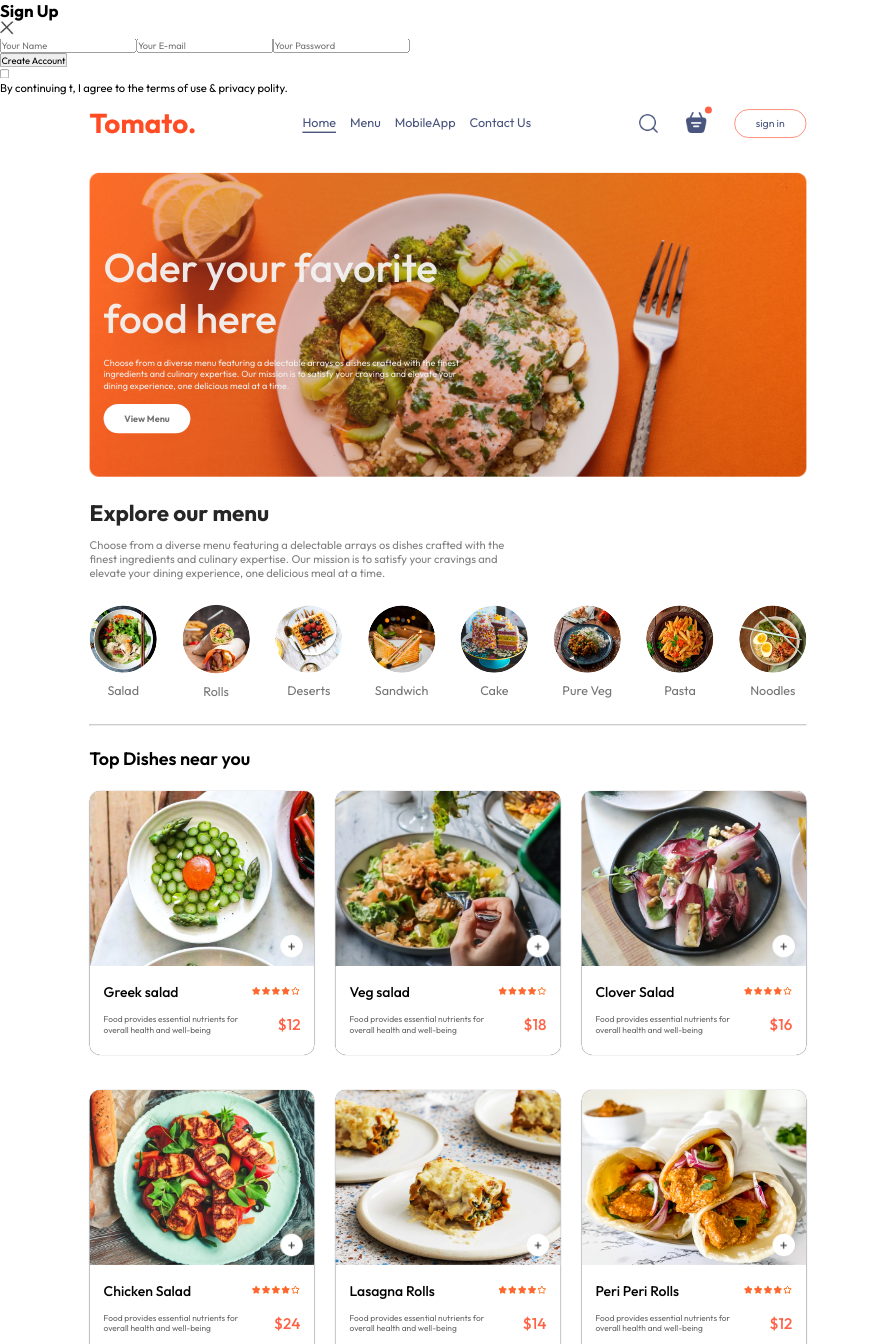
Repository: guilhermecardoso93/tomato-front-end
Page: /, after clicking the first element matching `button`
An editor plug-in stored every save of this project. The page is shown before and after the next save, followed by the edit.
The browser window is 1280 px wide. The pictures show the part of the page from y = 0 to 1920 px (the page is 6546 px tall before and 6566 px after), at 70% of full size.
The project was rebuilt for these pictures with package versions that can differ from the ones it lists, and the page was loaded fresh each time. Also part of the build but not shown: vite.config.js, src/pages/Cart/styles.css, src/pages/Cart/index.jsx, src/pages/PlaceOrder/styles.css, src/pages/PlaceOrder/index.jsx.

Above is the page before, as saved 2024-10-31 20:06:07.

### index.html
<!doctype html>
<html lang="en">

<head>
    <meta charset="UTF-8" />
    <link rel="icon" type="image/svg+xml" href="" />
    <link rel="preconnect" href="https://fonts.googleapis.com">
    <link rel="preconnect" href="https://fonts.gstatic.com" crossorigin>
    <link href="https://fonts.googleapis.com/css2?family=Inter:ital,opsz,wght@0,14..32,100..900;1,14..32,100..900&family=Outfit:wght@100..900&display=swap" rel="stylesheet">
    <meta name="viewport" content="width=device-width, initial-scale=1.0" />
    <title>Tomato</title>
</head>

<body>
    <div id="root"></div>
    <script type="module" src="/src/main.jsx"></script>
</body>

</html>

### src/main.jsx
import { StrictMode } from "react";
import { createRoot } from "react-dom/client";
import "./index.css";
import { App } from "./App.jsx";
import { BrowserRouter } from "react-router-dom";
import StoreContextProvider from "./context/StoreContext.jsx";

createRoot(document.getElementById("root")).render(
  <BrowserRouter>
    <StoreContextProvider>
      <App />
    </StoreContextProvider>
  </BrowserRouter>
);

### src/index.css
* {
  padding: 0;
  margin: 0;
  box-sizing: 0;
  font-family: Outfit;
  scroll-behavior: smooth;
}

body {
  min-height: 100vh;
}

a {
  text-decoration: none;
  color: inherit;
}

.app {
  width: 80%;
  margin: auto;
}

@keyframes fadeIn {
  0% {
    opacity: 0;
  }

  100% {
    opacity: 1;
  }
}

### src/App.jsx
import { useState } from "react";
import { Routes, Route } from "react-router-dom";
import { Navbar } from "./components/Navbar";

import { Home } from "./pages/Home";
import { Cart } from "./pages/Cart";
import { PlaceOrder } from "./pages/PlaceOrder";
import { Footer } from "./components/Footer";
import { Login } from "./components/Login";

export function App() {
  const [login, setLogin] = useState(false);
  return (
    <>
      {login ? <Login setLogin={setLogin} /> : <></>}
      <div className="app">
        <Navbar setLogin={setLogin} login={login} />
        <Routes>
          <Route path="/" element={<Home />} />
          <Route path="/cart" element={<Cart />} />
          <Route path="/order" element={<PlaceOrder />} />
        </Routes>
      </div>
      <Footer />
    </>
  );
}

### src/context/StoreContext.jsx
import { createContext, useEffect, useState } from "react";
import { food_list } from "../assets/assets";

export const StoreContext = createContext(null);

const StoreContextProvider = (props) => {
  const [cartItems, setCartItems] = useState({});

  const addCart = (itemId) => {
    if (!cartItems[itemId]) {
      setCartItems((prev) => ({ ...prev, [itemId]: 1 }));
    } else {
      setCartItems((prev) => ({ ...prev, [itemId]: prev[itemId] + 1 }));
    }
  };

  const removeFromCart = (itemId) => {
    setCartItems((prev) => ({ ...prev, [itemId]: prev[itemId] - 1 }));
  };

  const contextValue = {
    food_list,
    cartItems,
    setCartItems,
    addCart,
    removeFromCart,
  };

  useEffect(() => {
    console.log(cartItems);
  }, [cartItems]);

  return (
    <StoreContext.Provider value={contextValue}>
      {props.children}
    </StoreContext.Provider>
  );
};

export default StoreContextProvider;

### src/components/Navbar/index.jsx
import { useState } from "react";
import { assets } from "../../assets/assets";
import "./styles.css";
import { Link } from "react-router-dom";

export const Navbar = ({ login, setLogin }) => {
  const [menu, setMenu] = useState("Home");

  return (
    <div className="navbar">
      <img src={assets.logo} alt="Logo" className="logo" />
      <ul className="navbar-menu">
        <Link
          to="/"
          onClick={() => setMenu("Home")}
          className={menu === "Home" ? "active" : ""}
        >
          Home
        </Link>
        <a
          href="#explore-menu"
          onClick={() => setMenu("Menu")}
          className={menu === "Menu" ? "active" : ""}
        >
          Menu
        </a>
        <a
          href="#app-download"
          onClick={() => setMenu("MobileApp")}
          className={menu === "MobileApp" ? "active" : ""}
        >
          MobileApp
        </a>
        <a
          href="#footer"
          onClick={() => setMenu("Contact Us")}
          className={menu === "Contact Us" ? "active" : ""}
        >
          Contact Us
        </a>
      </ul>
      <div className="navbar-right">
        <img src={assets.search_icon} alt="" />
        <div className="navbar-search-icon">
          <img src={assets.basket_icon} alt="" />
          <div className="dot"></div>
        </div>
        <button onClick={() => setLogin(true)}>sign in</button>
      </div>
    </div>
  );
};

### src/pages/Home/index.jsx
import { useState } from "react";
import { ExplorerMenu } from "../../components/ExplorerMenu";
import { Header } from "../../components/Header";
import "./styles.css";
import { FoodDisplay } from "../../components/FoodDisplay/Index";
import { AppDownload } from "../../components/AppDownload";

export const Home = () => {
  const [category, setCategory] = useState("All");

  return (
    <div>
      <Header />
      <ExplorerMenu category={category} setCategory={setCategory} />
      <FoodDisplay category={category} />
      <AppDownload />
    </div>
  );
};

### src/components/Footer/index.jsx
import { assets } from "../../assets/assets";
import "./styles.css";

export const Footer = () => {
  return (
    <footer className="footer" id="footer">
      <div className="footer-content">
        <div className="footer-content-left">
          <img className="tomatologofooter" src={assets.logo} alt="" />
          <p>This website is just for my portfolio, it's not a real website.</p>
          <div className="footer-social-icons">
            <img src={assets.facebook_icon} alt="" />
            <img src={assets.twitter_icon} alt="" />
            <img src={assets.linkedin_icon} alt="" />
          </div>
        </div>
        <div className="footer-content-center">
          <h2>COMPANY</h2>
          <ul>
            <li>Home</li>
            <li>About us</li>
            <li>Delivery</li>
            <li>Privacy Policy</li>
          </ul>
        </div>
        <div className="footer-content-right">
          <h2>GET IN TOUCH</h2>
          <ul>
            <li>+1-212-456-7890</li>
            <li>contact@tomato.com</li>
          </ul>
        </div>
      </div>
      <hr />
      <p className="footer-copyright">
        Copyright 2024 © Tomato.com - All rights reserved.
      </p>
    </footer>
  );
};

### src/components/Login/index.jsx
import { useState } from "react";
import { assets } from "../../assets/assets";

export const Login = ({ setLogin }) => {
  const [currentState, setCurrentState] = useState("Sign Up");

  return (
    <div className="login-popup">
      <form action="" className="login-popup-container">
        <div className="login-popup-title">
          <h2>{currentState}</h2>
          <img src={assets.cross_icon} alt="" onClick={() => setLogin(false)} />
        </div>
        <div className="login-popup-input">
          {currentState === "Login" ? (
            <></>
          ) : (
            <input type="text" required placeholder="Your Name" />
          )}
          <input type="email" required placeholder="Your E-mail" />
          <input type="password" required placeholder="Your Password" />
        </div>
        <button>
          {currentState === "Sign Up" ? "Create Account" : "Login"}
        </button>
        <div className="login-popup--condition">
          <input type='checkbox' required />
          <p>By continuing t, I agree to the terms of use & privacy polity.</p>
        </div>
      </form>
    </div>
  );
};

### src/components/Navbar/styles.css
.navbar {
  padding: 20px 0px;
  display: flex;
  justify-content: space-between;
  align-items: center;
}

.navbar .logo {
  width: 150px;
}

.navbar-menu {
  display: flex;
  list-style: none;
  gap: 20px;
  color: #49557e;
  font-size: 18px;
}

.navbar li {
  cursor: pointer
}

.navbar-right {
  display: flex;
  align-items: center;
  gap: 40px;
}

.navbar button {
  background: transparent;
  font-size: 15px;
  color: #49557e;
  border: 1px solid tomato;
  padding: 10px 30px;
  border-radius: 50px;
  cursor: pointer;
  transition: 0.3s;
}

.navbar button:hover {
  background: #fff4f2;
}

.navbar .active {
  padding-bottom: 2px;
  border-bottom: 2px solid #49557c;
}

.navbar-search-icon {
  position: relative;
}

.navbar-search-icon .dot {
  position: absolute;
  min-width: 10px;
  min-height: 10px;
  background-color: tomato;
  border-radius: 5px;
  top: -8px;
  right: -8px;
}

@media (max-width:1050px) {
  .navbar .logo {
    width: 140px;
  }

  .navbar-menu {
    gap: 20px;
    font-size: 17px;
  }

  .navbar-right {
    gap: 30px;
  }

  .navbar-right img {
    width: 22px;
  }

  .navbar-right button {
    padding: 8px 25px;
  }
}

@media (max-width:900px) {
  .navbar .logo {
    width: 120px;
  }

  .navbar-menu {
    gap: 15px;
    font-size: 16px;
  }

  .navbar-right {
    gap: 20px;
  }

  .navbar-right img {
    width: 20px;
  }

  .navbar-right button {
    padding: 7px 20px;
    font-size: 15px;
  }
}

@media (max-width:750px) {
  .navbar-menu {
    display: none;
  }
}

/*
.navbar-profile {
  position: relative;
}

.nav-profile-dropdown {
  position: absolute;
  display: none;
  right: 0;
  z-index: 1;
}

.navbar-profile:hover .nav-profile-dropdown {
  display: flex;
  flex-direction: column;
  gap: 10px;
  background-color: #fff2ef;
  padding: 12px 25px;
  border-radius: 4px;
  border: 1px solid tomato;
  outline: 2px solid white;
  list-style: none;
}


:root .navbar-profile:hover .nav-profile-dropdown {
  color: white;
  background-color: var(--body-color);
  border: 1px solid tomato;
  outline: 2px solid white;
}

.lightcolors .navbar-profile:hover .nav-profile-dropdown {
  color: black;
  background-color: #fff2ef;
  border: 1px solid tomato;
  outline: 2px solid white;
}

.nav-profile-dropdown li {
  display: flex;
  align-items: center;
  gap: 10px;
  cursor: pointer;
}

.nav-profile-dropdown img {
  width: 20px;
}

.nav-profile-dropdown li:hover {
  color: tomato;
}

#visual-toggle-button {
  width: 37px;
  height: 37px;
  display: flex;
  align-items: center;
  justify-content: center;
  position: relative;
  border: 1px solid var(--border-color);
  border-radius: 5px;
  cursor: pointer;
}

#visual-toggle {
  appearance: none;
  display: none;
}

.svgIcon-toggle {
  width: 25px;
}

.moon-svg {
  width: 13px;
  position: absolute;
  transition: all .3s;
}

.sun-svg {
  opacity: 0;
  transition: all .3s;
}

.lightmode .sun-svg {
  filter: brightness(0);
  transform: rotate(180deg);
  opacity: 1;
}

.lightmode .moon-svg {
  opacity: 0;
}

.animate .moon-svg {
  transform: rotate(360deg);
  transition: all .3s;
}


:root {
  --input-color: black;
--background-root: black;
--border-root: 2px solid white;
--padding-root: 10px;
--upload: brightness(1) invert(1);
--logos-filter: brightness(0) invert(1);
--sidebar: black;
--border-color: #27272a;
--nav-color-one: #0d0d179a;
--nav-color-two: #0d0618;
--body-color: #121212;
--dark-text: #101010;
--light-text: #ffffff;
--light-text-secondary: #b9b9b9;
--light-text-desc: #d8d8d8;
}

.lightcolors {
  --sidebar: #fff0ed;
  --body-color: #FFFFFF;
  --dark-text: #fff;
  --light-text: #101010;
  --nav-color-two: #f6f6f2;
  --nav-color-one: #f1f1f17e;
  --border-color: #ddd;
  --light-text-secondary: #464853;
  --light-text-desc: #020202;
  --cards-text-color: #fff;
}

:root .logo {
  filter: var(--logos-filter);
}

.lightcolors .logo {
  filter: none;
}

:root .navbar-menu .active {
  border-bottom: 2px solid white;
}

.lightcolors .navbar-menu .active {
  border-bottom: 2px solid #49557e;
}


:root .navbar-menu {
  color: white;
}

.lightcolors .navbar-menu {
  color: #49557e;
}

:root .basketlogo {
  filter: var(--logos-filter);
}

.lightcolors .basketlogo {
  filter: none;
}

:root img.white-filter {
  filter: var(--logos-filter);
}

.lightcolors img.white-filter {
  filter: none;
}

:root .signbutton {
  color: white
}

:root .signbutton:hover {
  color: black;
}



.lightcolors .signbutton {
  color: #49557e;
}



 */

### src/components/ExplorerMenu/index.jsx
import { menu_list } from "../../assets/assets";

import "./styles.css";

export const ExplorerMenu = ({ category, setCategory }) => {
  return (
    <div className="explorer-menu" id="explore-menu">
      <h1>Explore our menu</h1>
      <p className="explore-menu-text">
        Choose from a diverse menu featuring a delectable arrays os dishes
        crafted with the finest ingredients and culinary expertise. Our mission
        is to satisfy your cravings and elevate your dining experience, one
        delicious meal at a time.
      </p>
      <div className="explore-menu-list">
        {menu_list.map((item, index) => {
          return (
            <div
              className="explore-menu-list-item"
              key={index}
              onClick={() =>
                setCategory((prev) =>
                  prev === item.menu_name ? "All" : item.menu_name
                )
              }
            >
              <img
                src={item.menu_image}
                alt=""
                className={category === item.menu_name ? "active" : ""}
              />
              <p className={category === item.menu_name ? "active-text" : ""}>
                {item.menu_name}
              </p>
            </div>
          );
        })}
      </div>
      <hr />
    </div>
  );
};

### src/components/Header/index.jsx
import "./styles.css";

export const Header = () => {
  return (
    <div className="header">
      <div className="header-container">
        <h2>Oder your favorite food here</h2>
        <p>
          Choose from a diverse menu featuring a delectable arrays os dishes
          crafted with the finest ingredients and culinary expertise. Our
          mission is to satisfy your cravings and elevate your dining
          experience, one delicious meal at a time.
        </p>
        <button> View Menu</button>
      </div>
    </div>
  );
};

### src/components/FoodDisplay/Index.jsx
import { useContext } from "react";
import { StoreContext } from "../../context/StoreContext";
import { FoodItem } from "../FoodItem";

import "./styles.css";

export const FoodDisplay = ({ category }) => {
  const { food_list } = useContext(StoreContext);

  return (
    <div className="food-display" id="food-display">
      <h2>Top Dishes near you</h2>
      <div className="food-display-list">
        {food_list.map((item, index) => {
          if (category === "All" || category === item.category) {
            return (
              <FoodItem
                key={index}
                id={item._id}
                name={item.name}
                description={item.description}
                price={item.price}
                image={item.image}
              />
            );
          }
        })}
      </div>
    </div>
  );
};

### src/components/AppDownload/index.jsx
import { assets } from "../../assets/assets";

import "./styles.css";

export const AppDownload = () => {
  return (
    <div className="app-download" id="app-download">
      <p>
        For Better Experience Download <br /> TomatoApp
      </p>
      <div className="app-download-platforms">
        <img src={assets.play_store} alt="" />
        <img src={assets.app_store} alt="" />
      </div>
    </div>
  );
};

### src/components/Footer/styles.css
.footer {
    color: #d9d9d9;
    background-color: #323232;
    display: flex;
    flex-direction: column;
    align-items: center;
    gap: 20px;
    padding: 20px 8vw;
    padding-top: 80px;
    margin-top: 100px;
}

.footer-content {
    width: 100%;
    display: grid;
    grid-template-columns: 2fr 1fr 1fr;
    gap: 80px;
}

.footer-content-left,
.footer-content-right,
.footer-content-center {
    display: flex;
    flex-direction: column;
    align-items: start;
    gap: 20px;
}

.footer-content-left li,
.footer-content-right li,
.footer-content-center li {
    list-style: none;
    margin-bottom: 10px;
    cursor: pointer;
}

.footer-content-right h2,
.footer-content-center h2 {
    color: white;
}

.footer-social-icons img {
    cursor: pointer;
    width: 40px;
    margin-right: 15px;
}

.footer hr {
    width: 100%;
    height: 2px;
    margin: 20px 0;
    background-color: grey;
    border: none;
}

:root .footer {
    background-color: #252323;
}

.lightcolors .footer {
    background-color: #323232;
}

:root .tomatologofooter {
    filter: var(--logos-filter);
}

.lightcolors .tomatologofooter {
    filter: none;
}

@media (max-width:750px) {
    .footer-content {
        display: flex;
        flex-direction: column;
        gap: 35px;
    }
    .footer-copyright {
        text-align: center;
    }
}

### src/components/ExplorerMenu/styles.css
.explorer-menu {
  display: flex;
  flex-direction: column;
  gap: 1rem;
}

.explorer-menu h1 {
  color: #262626;
  font-size: 500;
}

.explore-menu-text {
  max-width: 60%;
  color: #808080;
}

.explore-menu-list {
  display: flex;
  justify-content: space-between;
  align-items: center;
  gap: 30px;
  text-align: center;
  margin: 20px 0px;
  overflow-x: scroll;
}

.explore-menu-list::-webkit-scrollbar{
  display: none;
}


.explore-menu-list img {
  width: 7.5vw;
  min-width: 80px;
  cursor: pointer;
  border-radius: 50%;
  transition: 0.2s;
}

.explore-menu-list p {
  margin-top: 10px;
  color: #747474;
  font-size: max(1.4vw, 16px);
  cursor: pointer;
}

.explore-menu hr {
  margin: 10px 0px;
  height: 2px;
  background: #e2e2e2;
  border: none;
}

.explore-menu-list .active {
  border: 4px solid tomato;
  padding: 2px;
}

.explore-menu-list .active-text {
  color: tomato;
}

@media (max-width:1050px) {
  .explore-menu-text {
    max-width: 100%;
    font-size: 14px;
  }
}

### src/components/Header/styles.css
.header {
  height: 34vw;
  margin: 30px auto;
  background: url('../../assets/header_img.png') no-repeat;
  background-size: contain;
  position: relative;
}

.header-container {
  position: absolute;
  display: flex;
  flex-direction: column;
  align-items: start;
  padding: 20px;
  gap: 1.5vw;
  max-width: 52%;
  bottom: 10%;
  animation: fadeIn 3s;
}

.header-container h2 {
  font-weight: 500;
  color: #f2f2f2f2;
  font-size: max(4.5vw, 22px);
}

.header-container p {
  color: #f2f2f2f2;
  font-size: 1vw;
}

.header-container button {
  border: none;
  color: #747474;
  font-weight: 700;
  padding: 1vw 2.3vw;
  background: white;
  font-size: max(1vw, 13px);
  border-radius: 50px;
}

@media (max-width:1050px) {
  .header-container {
    max-width: 45%;
  }
}

@media (max-width:750px) {
  .header-container {
    max-width: 65%;
  }

  .header-container p {
    display: none;
  }

  .header-container button {
    padding: 2vw 4vw
  }
}

### src/components/FoodItem/index.jsx
import { useContext } from "react";
import { assets } from "../../assets/assets";
import "./styles.css";
import { StoreContext } from "../../context/StoreContext";

export const FoodItem = ({ id, name, price, description, image }) => {
  const { removeFromCart, addCart, cartItems } = useContext(StoreContext);

  return (
    <div className="food-item" id={id}>
      <div className="food-item-image-container">
        <img src={image} alt={name} className="food-item-image" />
        {!cartItems[id] ? (
          <img
            src={assets.add_icon_white}
            alt="Adicionar ao carrinho"
            className="add"
            onClick={() => addCart(id)}
          />
        ) : (
          <div className="food-item-counter">
            <img
              src={assets.remove_icon_red}
              alt="Remover do carrinho"
              onClick={() => removeFromCart(id)}
            />
            <p>{cartItems[id]}</p>
            <img
              src={assets.add_icon_green}
              alt="Adicionar ao carrinho"
              onClick={() => addCart(id)}
            />
          </div>
        )}
      </div>
      <div className="food-item-info">
        <div className="food-item-name-rating">
          <p>{name}</p>
          <img src={assets.rating_starts} alt="Rating" />
        </div>
        <div className="food-item-prices">
          <p className="food-item-description">{description}</p>
          <p className="food-item-price">${price}</p>
        </div>
      </div>
    </div>
  );
};

### src/components/FoodDisplay/styles.css
.food-display {
  margin-top: 30px;
}

.food-display h2 {
  font-size: max(2vw, 24px);
  font-weight: 600;
}


.food-display-list {
  display: grid;
  grid-template-columns: repeat(auto-fill, minmax(240px, 1fr));
  margin-top: 30px;
  gap: 30px;
  row-gap: 50px;
}

### src/components/AppDownload/styles.css
.app-download {
  margin: auto auto;
  margin-top: 100px;
  font-size: max(3vw, 20px);
  text-align: center;
  font-weight: 500;
}

.app-download-platforms {
  display: flex;
  justify-content: center;
  gap: max(3vw, 20px);
  margin-top: 40px;
}

.app-download-platforms img {
  width: max(30vw, 120px);
  max-width: 180px;
  transition: 0.5s;
  cursor: pointer;
}

.app-download-platforms img:hover {
  transform: scale(1.05);
}

### src/components/FoodItem/styles.css
.food-item {
  width: 100%;
  margin: auto;
  border-radius: 15px;
  box-shadow: 0px 0px 1px #000015;
  transition: 0.3s;
  animation: fadeIn 1s;
}

.food-item-image {
  width: 100%;
  border-radius: 15px 15px 0px 0px;
}

.food-item-image-container {
  position: relative;
}

.food-item-image-container .add {
  position: absolute;
  width: 35px;
  bottom: 15px;
  right: 15px;
  cursor: pointer;
  border-radius: 50%;
}

.food-item-counter {
  position: absolute;
  bottom: 15px;
  right: 15px;
  display: flex;
  align-items: center;
  gap: 10px;
  border-radius: 50px;
  background-color: #f2f2f2;
  padding: 3px;
  font-weight: 700;
}

.food-item-counter img {
  width: 30px;
}

.food-item-info {
  padding: 20px;
}

.food-item-name-rating {
  display: flex;
  justify-content: space-between;
  align-items: center;
  margin-bottom: 10px;
}

.food-item-name-rating p {
  font-size: 20px;
  font-weight: 500;
}

.food-item-name-rating img {
  width: 70px;
}

.food-item-prices {
  display: flex;
  justify-content: space-between;
  align-items: center;
  gap: 10px;
}

.food-item-description {
  color: #676767;
  font-size: 12px;
  width: 75%;
}

.food-item-price {
  color: tomato;
  font-size: 22px;
  font-weight: 500;
  margin: 10px 0;
}

Loaded but not shown: src/assets/assets.js (350 lines, source omitted); src/pages/Home/styles.css (no stored copy; drawn as an empty file)

After the next save:
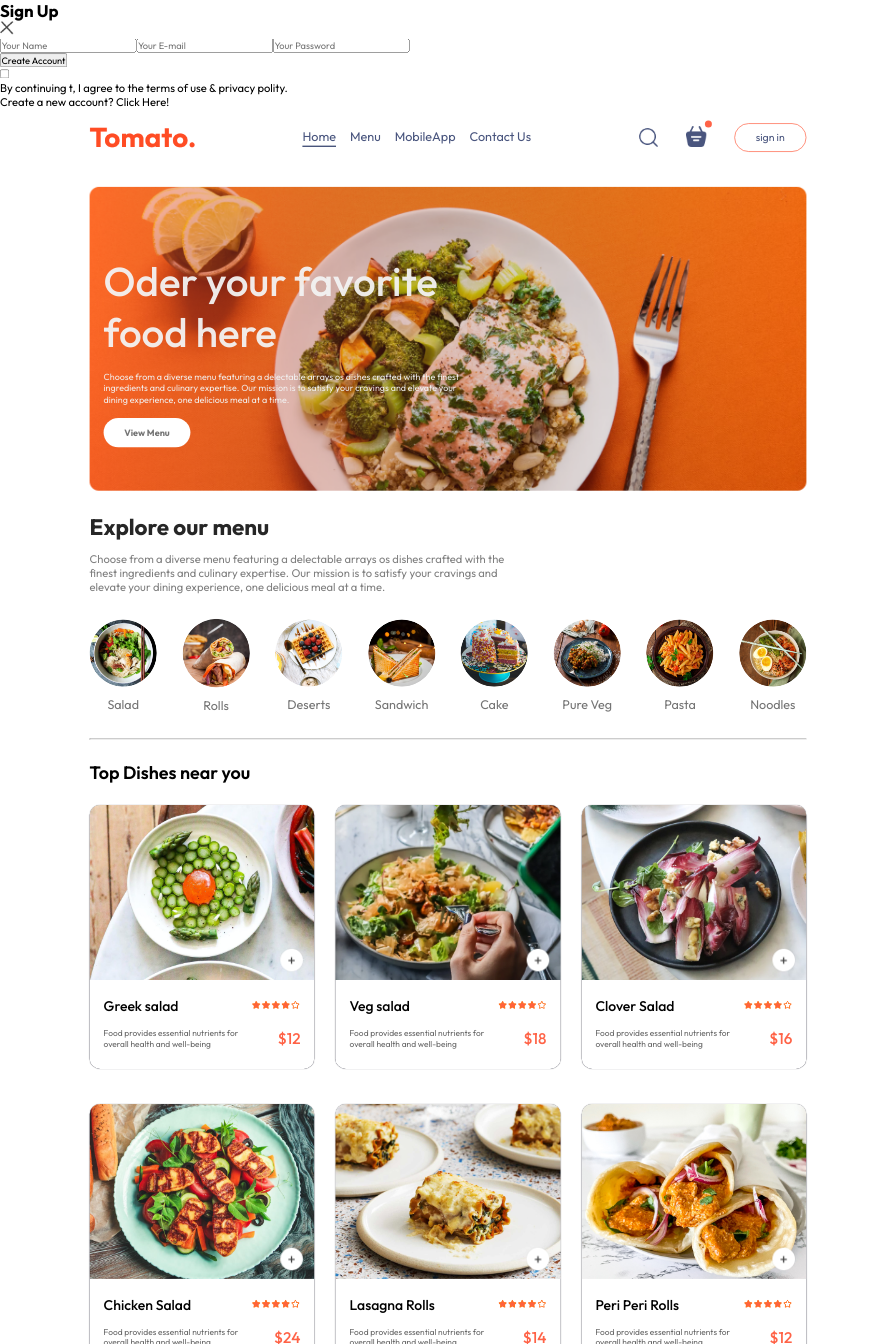
Saved 36 s later.
--- a/src/components/Login/index.jsx
+++ b/src/components/Login/index.jsx
@@ -24,9 +24,10 @@ export const Login = ({ setLogin }) => {
           {currentState === "Sign Up" ? "Create Account" : "Login"}
         </button>
         <div className="login-popup--condition">
-          <input type='checkbox' required />
+          <input type="checkbox" required />
           <p>By continuing t, I agree to the terms of use & privacy polity.</p>
         </div>
+        <p>Create a new account? <span>Click Here!</span></p>
       </form>
     </div>
   );
